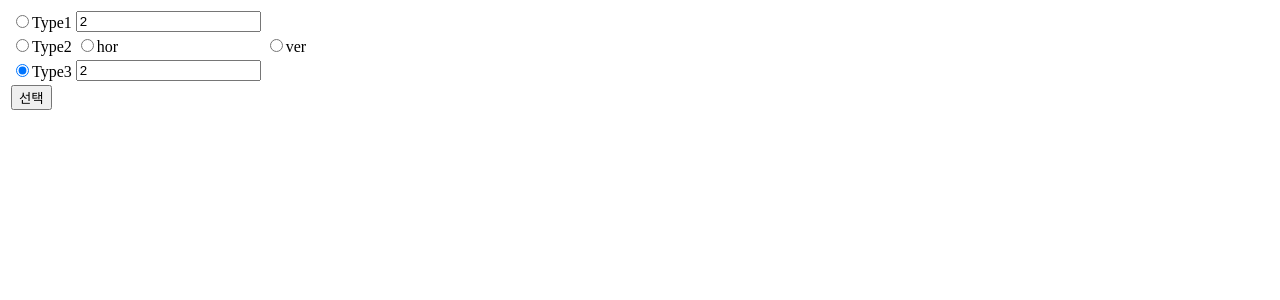
Repository: choikoya/JSP
Page: http://localhost/MissionJSP/gugudanForm.jsp
These files come from the project's save history. The page is drawn as it stood at one moment and after the next save; the edit follows.
The browser window is 1280 px wide. The pictures show the whole page.
The page is served by Tomcat 9.

Above is the page before, as saved 2024-06-13 07:55:40.

### MissionJSP/src/main/webapp/gugudanForm.jsp
<%@ page language="java" contentType="text/html; charset=UTF-8"
    pageEncoding="UTF-8"%>

<!DOCTYPE html>
<html>
<head>
<meta charset="UTF-8">
<title>구구단</title>
</head>
<body>
<form action="gugudanProc.jsp">
	<table>
		<tr>
			<td><input type ="radio" name="option" value="gugudanType" checked>Type1</td>
			<td><input type = "text" name="dan" value="2"></td>
		</tr>
		<tr>
			<td><input type ="radio" name="option" value="gugudanType" checked>Type2</td>
			<td><input type ="radio" name="option" value="gugudanType" checked>hor</td>
			<td><input type ="radio" name="option" value="gugudanType" checked>ver</td>
		</tr>
		<tr>
			<td><input type ="radio" name="option" value="gugudanType" checked>Type3</td>
			<td><input type = "text" name="yul" value="2"></td>
		</tr>
		<tr><td>
			<button type="submit" >선택</button>
		</td></tr>
	</table>

</form>



</body>
</html>

After the next save:
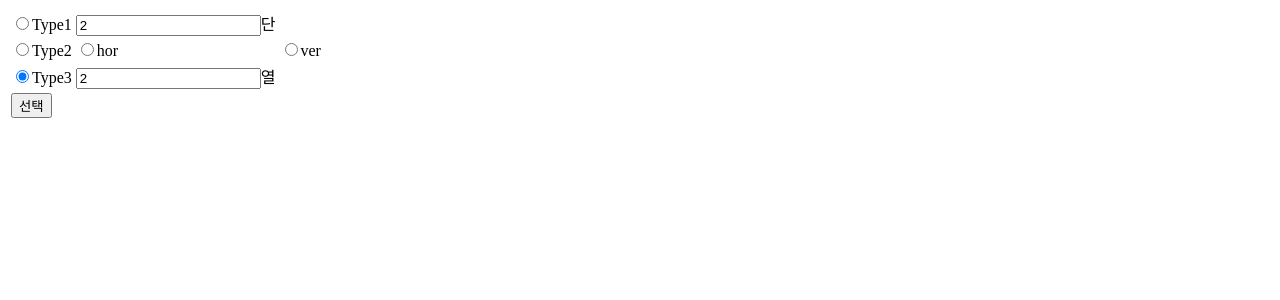
Saved 85 s later.
--- a/MissionJSP/src/main/webapp/gugudanForm.jsp
+++ b/MissionJSP/src/main/webapp/gugudanForm.jsp
@@ -12,7 +12,7 @@
 	<table>
 		<tr>
 			<td><input type ="radio" name="option" value="gugudanType" checked>Type1</td>
-			<td><input type = "text" name="dan" value="2"></td>
+			<td><input type = "text" name="dan" value="2">단</td>
 		</tr>
 		<tr>
 			<td><input type ="radio" name="option" value="gugudanType" checked>Type2</td>
@@ -21,7 +21,7 @@
 		</tr>
 		<tr>
 			<td><input type ="radio" name="option" value="gugudanType" checked>Type3</td>
-			<td><input type = "text" name="yul" value="2"></td>
+			<td><input type = "text" name="yul" value="2">열</td>
 		</tr>
 		<tr><td>
 			<button type="submit" >선택</button>
